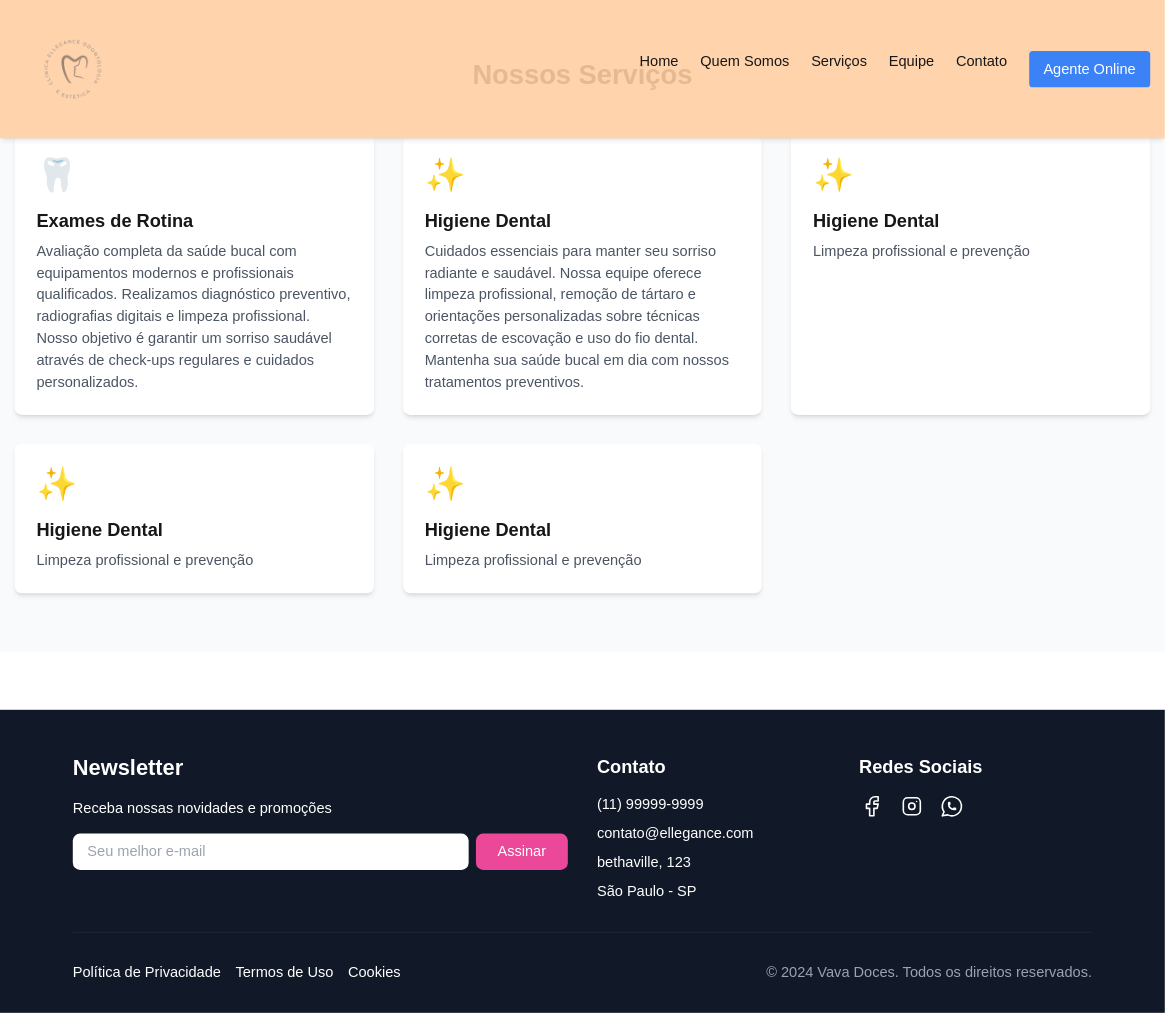
Repository: francisguitt/ellegance_odontologia
Page: /services_
An editor plug-in stored every save of this project. The page is shown before and after the next save, followed by the edit.
The browser window is 1280 px wide. The pictures show the whole page, at 91% of full size.
The project was rebuilt for these pictures with package versions that can differ from the ones it lists, and the page was loaded fresh each time. The framework's server and built-in components were replaced by stand-ins that run in the browser. Also part of the build but not shown: next.config.mjs.

Above is the page before, as saved 2025-02-22 12:41:37.

### src/app/layout.tsx
import type { Metadata } from "next";
import localFont from "next/font/local";
import "./globals.css";
import Header from "@/app/components/header";
import Footer from "@/app/components/footer";

const geistSans = localFont({
  src: "./fonts/GeistVF.woff",
  variable: "--font-geist-sans",
  weight: "100 900",
});
const geistMono = localFont({
  src: "./fonts/GeistMonoVF.woff",
  variable: "--font-geist-mono",
  weight: "100 900",
});

export const metadata: Metadata = {
  title: "Create Next App",
  description: "Generated by create next app",
};

export default function RootLayout({
  children,
}: Readonly<{
  children: React.ReactNode;
}>) {
  return (
    <html lang="en">
      <body
        className={`${geistSans.variable} ${geistMono.variable} antialiased`}
      >
      <Header/>
        {children}
        <Footer/>
      </body>
    </html>
  );
}

### src/app/services_/page.tsx
const Services = () => {
    const services = [
      {
        title: 'Exames de Rotina',
        description: 'Avaliação completa da saúde bucal com equipamentos modernos e profissionais qualificados. Realizamos diagnóstico preventivo, radiografias digitais e limpeza profissional. Nosso objetivo é garantir um sorriso saudável através de check-ups regulares e cuidados personalizados.',
        icon: '🦷'
      },
      {
        title: 'Higiene Dental',
        description: 'Cuidados essenciais para manter seu sorriso radiante e saudável. Nossa equipe oferece limpeza profissional, remoção de tártaro e orientações personalizadas sobre técnicas corretas de escovação e uso do fio dental. Mantenha sua saúde bucal em dia com nossos tratamentos preventivos.',
        icon: '✨'
      },
      {
        title: 'Higiene Dental',
        description: 'Limpeza profissional e prevenção',
        icon: '✨'
      },
      {
        title: 'Higiene Dental',
        description: 'Limpeza profissional e prevenção',
        icon: '✨'
      },
      {
        title: 'Higiene Dental',
        description: 'Limpeza profissional e prevenção',
        icon: '✨'
      },
    ];

    return (
      <section id="services" className="py-16 bg-gray-50">
        <div className="container mx-auto px-4">
          <h2 className="text-3xl font-bold text-center mb-12">Nossos Serviços</h2>
          <div className="grid grid-cols-1 md:grid-cols-3 gap-8">
            {services.map((service, index) => (
              <div key={index} className="bg-white p-6 rounded-lg shadow-md">
                <div className="text-4xl mb-4">{service.icon}</div>
                <h3 className="text-xl font-semibold mb-2">{service.title}</h3>
                <p className="text-gray-600">{service.description}</p>
              </div>
            ))}
          </div>
        </div>
      </section>
    );
  };

  export default Services;

### src/app/globals.css
@tailwind base;
@tailwind components;
@tailwind utilities;

:root {
  --primary-color:#ffcfa3e3;
  --secundary-color: #ffd079;
  --foreground: #171717;
}

@media (prefers-color-scheme: dark) {
  :root {

  }

  }


body {
  color: var(--foreground);
  background: var(--background);
  font-family: Arial, Helvetica, sans-serif;
}

@layer utilities {
  .text-balance {
    text-wrap: balance;
  }
}

### src/app/components/header.tsx


"use client";
import { useState } from 'react';
import { Link } from 'react-scroll';
import Image from 'next/image';
import logo from "@/images/logo_odonto.png";
import { IconMenu2, IconX } from '@tabler/icons-react';

const Header = () => {
  const [isMenuOpen, setIsMenuOpen] = useState(false);

  const toggleMenu = () => {
    setIsMenuOpen(!isMenuOpen);
  };

  const menuItems = [
    { to: "home", label: "Home" },
    { to: "about", label: "Quem Somos" },
    { to: "services", label: "Serviços" },
    { to: "team", label: "Equipe" },
    { to: "contact", label: "Contato" },
  ];

  return (
    <header className="fixed w-full  shadow-md z-50 bg-[var(--primary-color)]">
      <div className="container mx-auto px-4 py-3 flex justify-between items-center text-center">
        <div className="logo">
          <Image
            src={logo}
            alt="Ellegance Dental"
            className="w-32 h-32 text-color-white"
          />
        </div>

        {/* Desktop Navigation */}
        <nav className="hidden md:flex space-x-6">
          {menuItems.map((item) => (
            <Link
              key={item.to}
              to={item.to}
              smooth={true}
              className="cursor-pointer hover:text-blue-500 transition-colors"
            >
              {item.label}
            </Link>
          ))}
          <button className="bg-blue-500 text-white px-4 py-2 rounded hover:bg-blue-600 transition-colors">
            Agente Online
          </button>
        </nav>

        {/* Mobile Menu Button */}
        <button
          onClick={toggleMenu}
          className="md:hidden text-gray-600 hover:text-blue-500 transition-colors"
        >
          {isMenuOpen ? <IconX size={24} /> : <IconMenu2 size={24} />}
        </button>
      </div>

      {/* Mobile Navigation */}
      <nav className={`
        md:hidden bg-white
        transition-all duration-300 ease-in-out
        ${isMenuOpen ? 'max-h-96 opacity-100' : 'max-h-0 opacity-0'}
        overflow-hidden
      `}>
        <div className="container mx-auto px-4 py-2 flex flex-col space-y-4">
          {menuItems.map((item) => (
            <Link
              key={item.to}
              to={item.to}
              smooth={true}
              className="cursor-pointer hover:text-blue-500 transition-colors py-2"
              onClick={() => setIsMenuOpen(false)}
            >
              {item.label}
            </Link>
          ))}
          <button className="bg-blue-500 text-white px-4 py-2 rounded hover:bg-blue-600 transition-colors w-full">
            Agente Online
          </button>
        </div>
      </nav>
    </header>
  );
};

export default Header;

### src/app/components/footer.tsx
'use client'
import { useState } from 'react'
import {
  IconBrandFacebook,
  IconBrandInstagram,
  IconBrandWhatsapp,
  IconMail
} from '@tabler/icons-react'

function Footer() {
  const [email, setEmail] = useState('')

  const handleSubmit = (e: React.FormEvent) => {
    e.preventDefault()
    setEmail('')
  }

  return (
    <footer className="bg-gray-900 text-white pt-12 mt-16">
      <div className="max-w-6xl mx-auto px-4">
        <div className="grid grid-cols-1 md:grid-cols-4 gap-8 pb-8">
          <div className="col-span-1 md:col-span-2">
            <h3 className="text-2xl font-bold mb-4">Newsletter</h3>
            <p className="mb-4">Receba nossas novidades e promoções</p>
            <form onSubmit={handleSubmit} className="flex gap-2">
              <input
                type="email"
                value={email}
                onChange={(e) => setEmail(e.target.value)}
                placeholder="Seu melhor e-mail"
                className="flex-1 px-4 py-2 rounded-lg text-gray-900"
                required
              />
              <button
                type="submit"
                className="bg-pink-500 px-6 py-2 rounded-lg hover:bg-pink-600 transition"
              >
                Assinar
              </button>
            </form>
          </div>

          <div>
            <h3 className="text-xl font-bold mb-4">Contato</h3>
            <ul className="space-y-2">
              <li>
                <a href="tel:+5511999999999" className="hover:text-pink-400">
                  (11) 99999-9999
                </a>
              </li>
              <li>
                <a href="mailto:contato@elleganceodontologia.com" className="hover:text-pink-400">
                  contato@ellegance.com
                </a>
              </li>
              <li>bethaville, 123</li>
              <li>São Paulo - SP</li>
            </ul>
          </div>

          <div>
            <h3 className="text-xl font-bold mb-4">Redes Sociais</h3>
            <div className="flex gap-4">
              <a href="https://facebook.com" target="_blank" rel="noopener noreferrer"
                className="hover:text-pink-400 transition">
                <IconBrandFacebook size={28} stroke={1.5} />
              </a>
              <a href="https://instagram.com" target="_blank" rel="noopener noreferrer"
                className="hover:text-pink-400 transition">
                <IconBrandInstagram size={28} stroke={1.5} />
              </a>
              <a href="https://wa.me/5511999999999" target="_blank" rel="noopener noreferrer"
                className="hover:text-pink-400 transition">
                <IconBrandWhatsapp size={28} stroke={1.5} />
              </a>
            </div>
          </div>
        </div>

        <div className="border-t border-gray-800 py-8">
          <div className="flex flex-col md:flex-row justify-between items-center">
            <div className="flex gap-4 mb-4 md:mb-0">
              <a href="/politica-privacidade" className="hover:text-pink-400 transition">
                Política de Privacidade
              </a>
              <a href="/termos-uso" className="hover:text-pink-400 transition">
                Termos de Uso
              </a>
              <a href="/cookies" className="hover:text-pink-400 transition">
                Cookies
              </a>
            </div>
            <p className="text-gray-400">
              © {new Date().getFullYear()} Vava Doces. Todos os direitos reservados.
            </p>
          </div>
        </div>
      </div>
    </footer>
  )
}
export default Footer;

Loaded but not shown: tailwind.config.ts (common file)

After the next save:
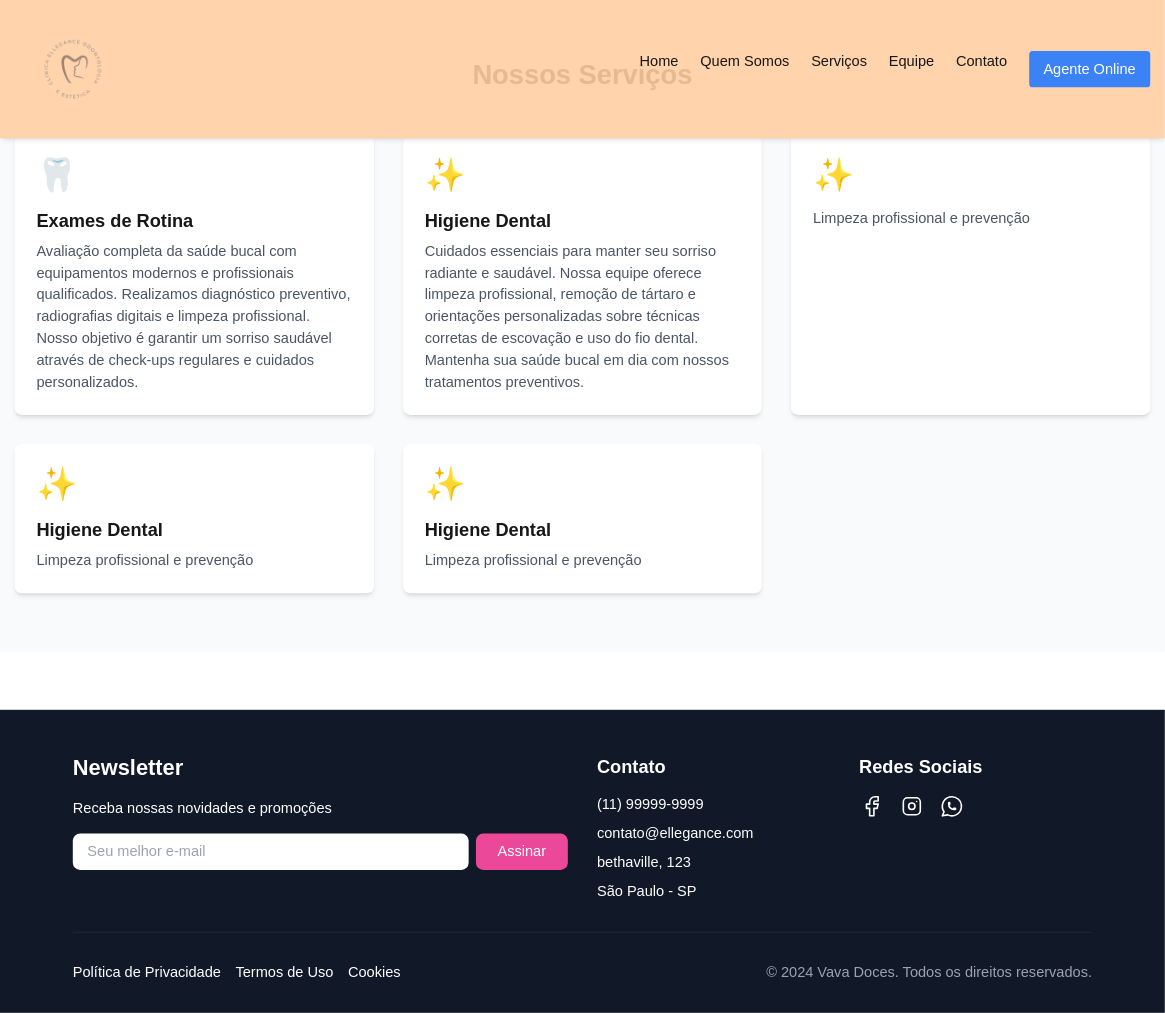
Saved 85 s later.
--- a/src/app/services_/page.tsx
+++ b/src/app/services_/page.tsx
@@ -11,7 +11,7 @@ const Services = () => {
         icon: '✨'
       },
       {
-        title: 'Higiene Dental',
+        title: '',
         description: 'Limpeza profissional e prevenção',
         icon: '✨'
       },
